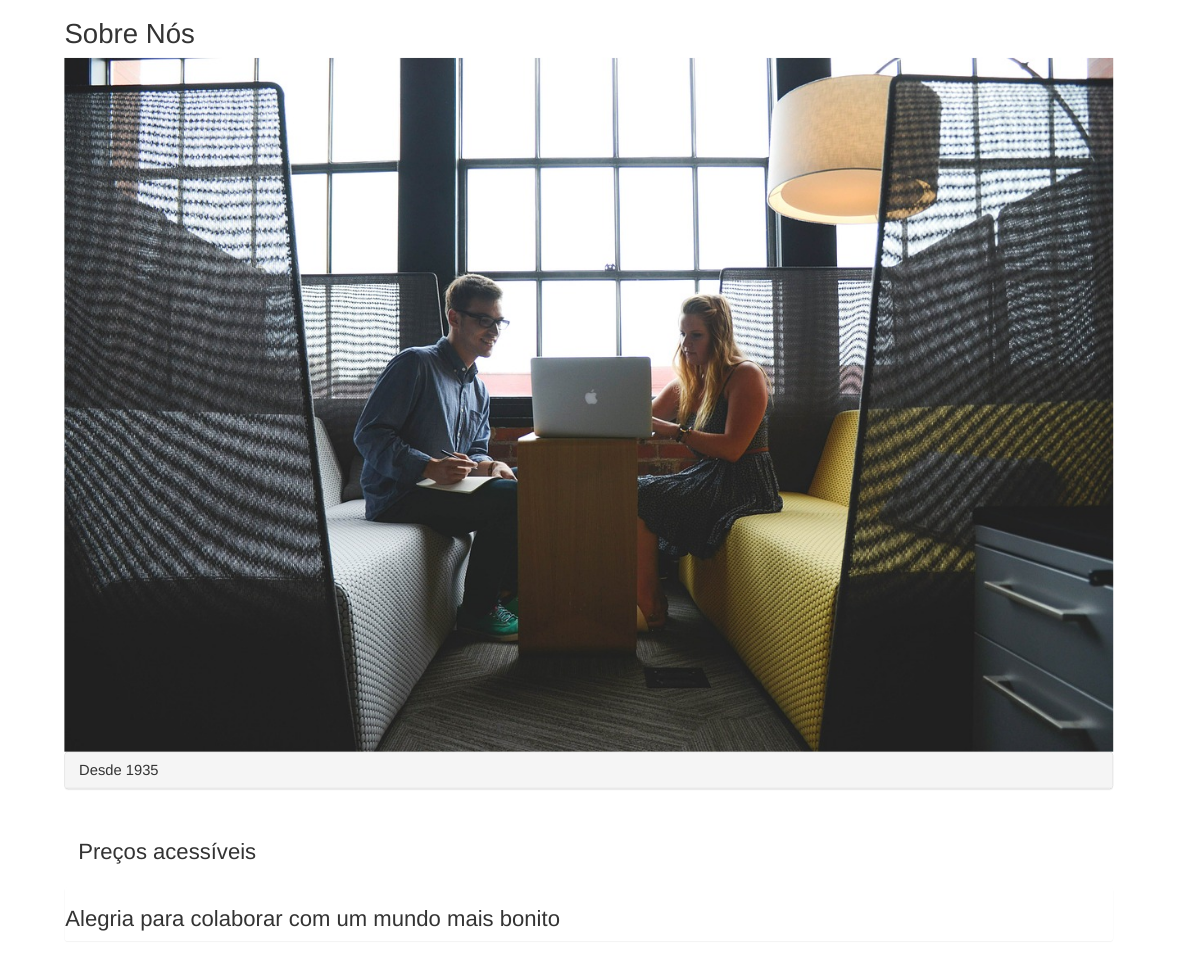
Repository: daviemer/bootstrap-alura
Page: index2.html
These files come from the project's save history. The page is drawn as it stood at one moment and after the next save; the edit follows.
The browser window is 1280 px wide. The pictures show the whole page, at 92% of full size.

Above is the page before, as saved 2022-07-08 10:45:19.

After the next save:
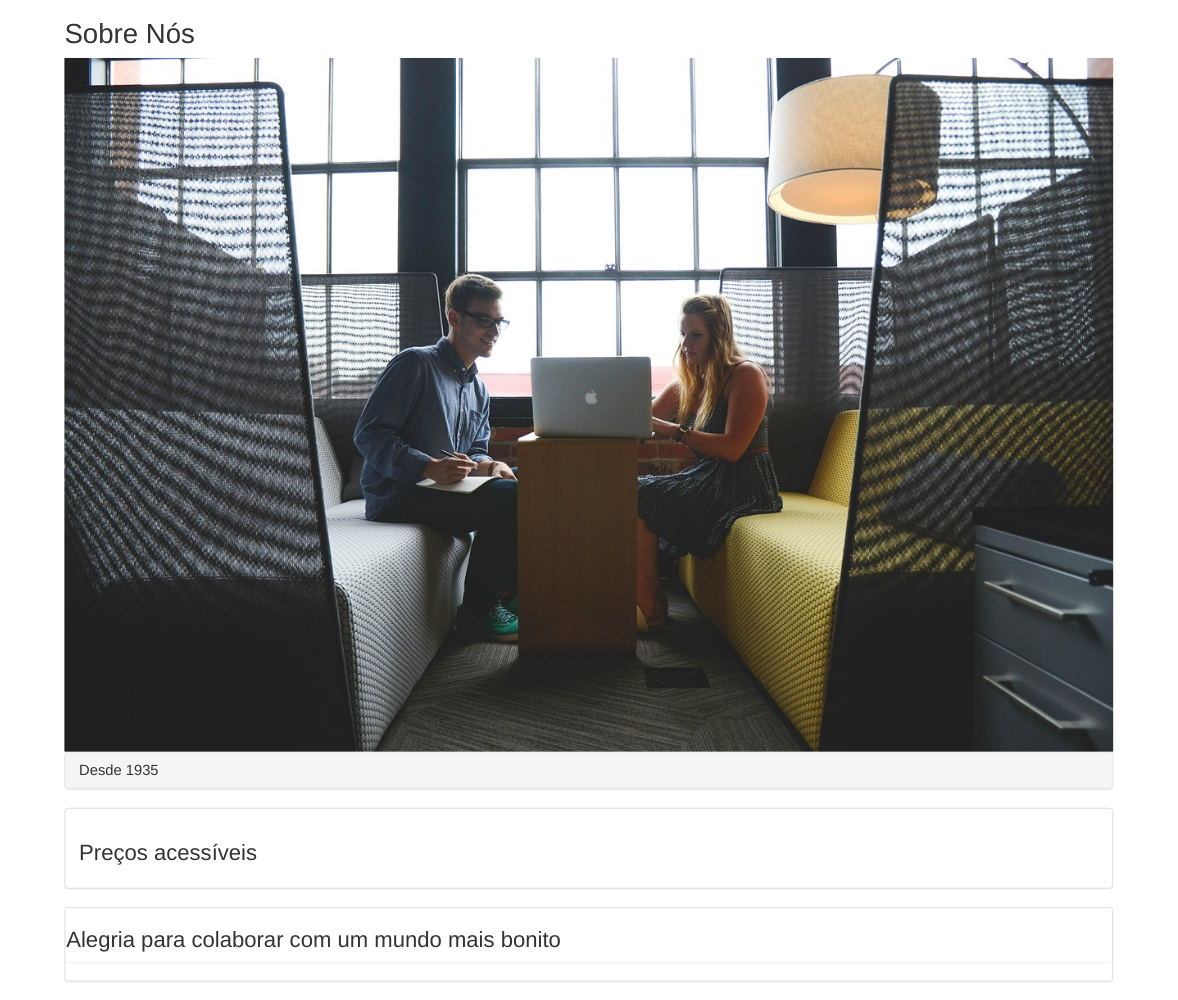
Saved 61 s later.
--- a/index2.html
+++ b/index2.html
@@ -19,19 +19,24 @@
           <p id="primeiro-paragrafo" class="collapse">A TopCasaFina arquitetura está no mercado desde</p>
         </div>
     </div>
+    <div class="panel panel-default">
       <div class="panel-body">
         <h3 data-toggle="collapse" data-target="#segundo-paragrafo">Preços acessíveis</h3>
       </div>
         <div>
           <p id="segundo-paragrafo" class="collapse">A TopCasaFina arquitetura está no mercado desde</p>
         </div>
-
+    </div>
+    <div class="panel panel-default">
       <div class="panel">
         <h3 data-toggle="collapse" data-target="#terceiro-paragrafo">Alegria para colaborar com um mundo mais bonito</h3>
       </div>
         <div>
           <p id="terceiro-paragrafo" class="collapse">A TopCasaFina arquitetura está no mercado desde</p>
         </div>
+    </div>
+
+
 
   </div>
 
